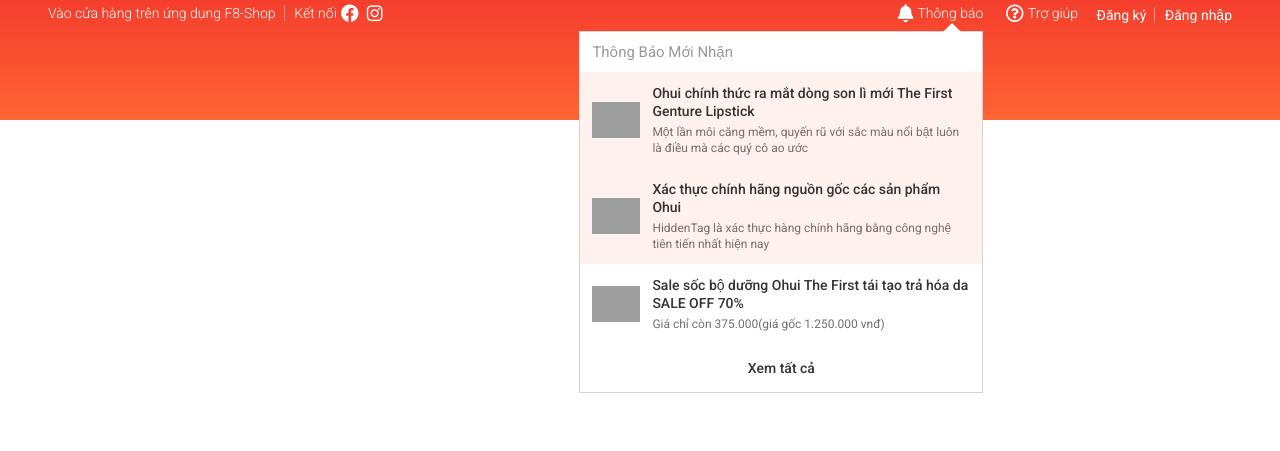
Repository: huynhnhan112/Shopee_Homepage
Page: index.html
An editor plug-in stored every save of this project. The page is shown before and after the next save, followed by the edit.
The browser window is 1280 px wide. The pictures show the whole page.
Pictures or frames that could not be fetched are drawn as grey boxes.

Above is the page before, as saved 2021-11-19 11:55:01.

After the next save:
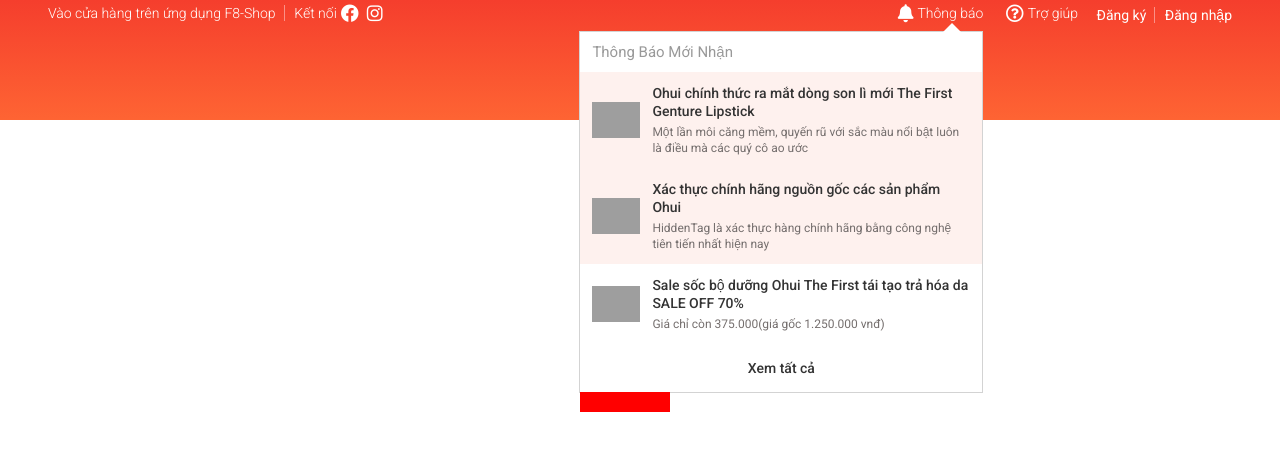
Saved 2 min 43 s later.
--- a/assets/css/style.css
+++ b/assets/css/style.css
@@ -135,13 +135,22 @@
     /* display: none; */
 }
 
-.header__notify::after{
+.header__notify::before{
     content: '';
     border: 20px solid;
     border-color: transparent transparent var(--white-color) transparent;
     position: absolute;
     right: 10px;
     top: -29px;
+}
+
+.header__notify::after{
+    content: '';
+    display: block;
+    width: 90px;
+    height: 20px;
+    position: absolute;
+    background-color: red;
 }
 
 @keyframes headerNotify {
